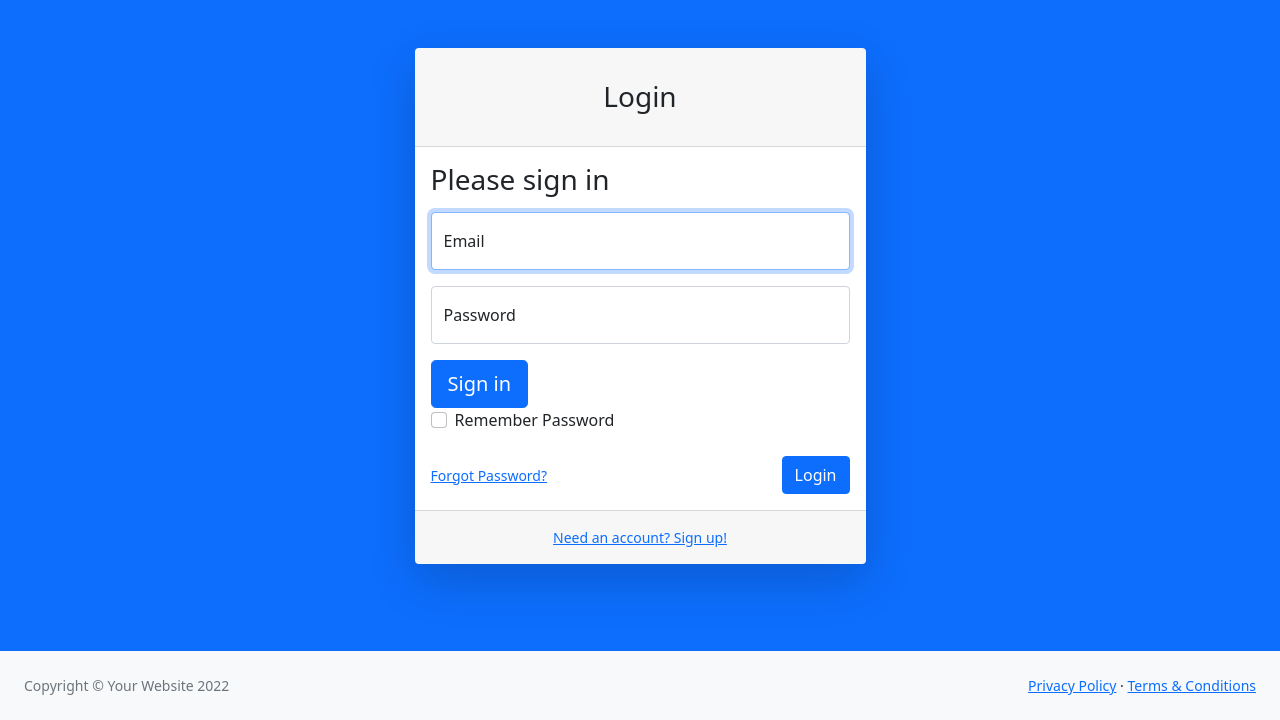
Repository: freddy1212/adulams
Page: templates/login.html.twig
The author's editor kept a copy of each file at every save. The page is drawn from the files as they stood at one save, then again after the next save.
The browser window is 1280 px wide. The pictures show the whole page.
Some web libraries are served in a nearby version. The page is a Twig template of a Symfony application; nobody is signed in and links lead nowhere. The template is opened directly, without the code that normally fills it, so the values that code supplies are empty.

Above is the page before, as saved 2022-08-29 17:57:48.

### templates/login.html.twig
<!DOCTYPE html>
<html lang="en">
    <head>
        <meta charset="utf-8" />
        <meta http-equiv="X-UA-Compatible" content="IE=edge" />
        <meta name="viewport" content="width=device-width, initial-scale=1, shrink-to-fit=no" />
        <meta name="description" content="" />
        <meta name="author" content="" />
        <title>Login - SB Admin</title>
        <link href="{{asset('assets/css/styles.css')}}" rel="stylesheet" />
        <script src="https://use.fontawesome.com/releases/v6.1.0/js/all.js" crossorigin="anonymous"></script>
    </head>
    <body class="bg-primary">
        <div id="layoutAuthentication">
            <div id="layoutAuthentication_content">
                <main>
                    <div class="container">
                        <div class="row justify-content-center">
                            <div class="col-lg-5">
                                <div class="card shadow-lg border-0 rounded-lg mt-5">
                                    <div class="card-header"><h3 class="text-center font-weight-light my-4">Login</h3></div>
                                    <div class="card-body">
                                        {% block body %}
                                            <form method="post">
                                                {% if error %}
                                                    <div class="alert alert-danger">{{ error.messageKey|trans(error.messageData, 'security') }}</div>
                                                {% endif %}

                                                {% if app.user %}
                                                    <div class="mb-3">
                                                        You are logged in as {{ app.user.userIdentifier }}, <a href="{{ path('app_logout') }}">Logout</a>
                                                    </div>
                                                {% endif %}

                                                <h1 class="h3 mb-3 font-weight-normal">
                                                    {% block pageTitle %}
                                                        Please sign in
                                                    {% endblock %}
                                                </h1>
                                                <div class="form-floating mb-3">
                                                    <label for="inputEmail">Email</label>
                                                    <input type="email" value="{{ last_username }}" name="email" id="inputEmail" class="form-control" autocomplete="email" required autofocus>
                                                </div>
                                                <div class="form-floating mb-3">
                                                    <label for="inputPassword">Password</label>
                                                    <input type="password" name="password" id="inputPassword" class="form-control" autocomplete="current-password" required>
                                                </div>


                                                <input type="hidden" name="_csrf_token"
                                                       value="{{ csrf_token('authenticate') }}"
                                                >

                                                {#
                                                    Uncomment this section and add a remember_me option below your firewall to activate remember me functionality.
                                                    See https://symfony.com/doc/current/security/remember_me.html

                                                    <div class="checkbox mb-3">
                                                        <label>
                                                            <input type="checkbox" name="_remember_me"> Remember me
                                                        </label>
                                                    </div>
                                                #}

                                                <button class="btn btn-lg btn-primary" type="submit">
                                                    Sign in
                                                </button>
                                            </form>
                                            {% endblock %}
                                        <form>


                                            <div class="form-check mb-3">
                                                <input class="form-check-input" id="inputRememberPassword" type="checkbox" value="" />
                                                <label class="form-check-label" for="inputRememberPassword">Remember Password</label>
                                            </div>
                                            <div class="d-flex align-items-center justify-content-between mt-4 mb-0">
                                                <a class="small" href="password.html">Forgot Password?</a>
                                                <a class="btn btn-primary" href="index.html">Login</a>
                                            </div>
                                        </form>
                                    </div>
                                    <div class="card-footer text-center py-3">
                                        <div class="small"><a href="register.html">Need an account? Sign up!</a></div>
                                    </div>
                                </div>
                            </div>
                        </div>
                    </div>
                </main>
            </div>
            <div id="layoutAuthentication_footer">
                <footer class="py-4 bg-light mt-auto">
                    <div class="container-fluid px-4">
                        <div class="d-flex align-items-center justify-content-between small">
                            <div class="text-muted">Copyright &copy; Your Website 2022</div>
                            <div>
                                <a href="#">Privacy Policy</a>
                                &middot;
                                <a href="#">Terms &amp; Conditions</a>
                            </div>
                        </div>
                    </div>
                </footer>
            </div>
        </div>
        <script src="https://cdn.jsdelivr.net/npm/bootstrap@5.1.3/dist/js/bootstrap.bundle.min.js" crossorigin="anonymous"></script>
        <script src="{{asset('assets/js/scripts.js')}}"></script>
    </body>
</html>

### public/assets/js/scripts.js
/*!
    * Start Bootstrap - SB Admin v7.0.5 (https://startbootstrap.com/template/sb-admin)
    * Copyright 2013-2022 Start Bootstrap
    * Licensed under MIT (https://github.com/StartBootstrap/startbootstrap-sb-admin/blob/master/LICENSE)
    */
    //
// Scripts
//

window.addEventListener('DOMContentLoaded', event => {

    // Toggle the side navigation
    const sidebarToggle = document.body.querySelector('#sidebarToggle');
    if (sidebarToggle) {
        // Uncomment Below to persist sidebar toggle between refreshes
        // if (localStorage.getItem('sb|sidebar-toggle') === 'true') {
        //     document.body.classList.toggle('sb-sidenav-toggled');
        // }
        sidebarToggle.addEventListener('click', event => {
            event.preventDefault();
            document.body.classList.toggle('sb-sidenav-toggled');
            localStorage.setItem('sb|sidebar-toggle', document.body.classList.contains('sb-sidenav-toggled'));
        });
    }

});

Loaded but not shown: public/assets/css/styles.css (library)

After the next save:
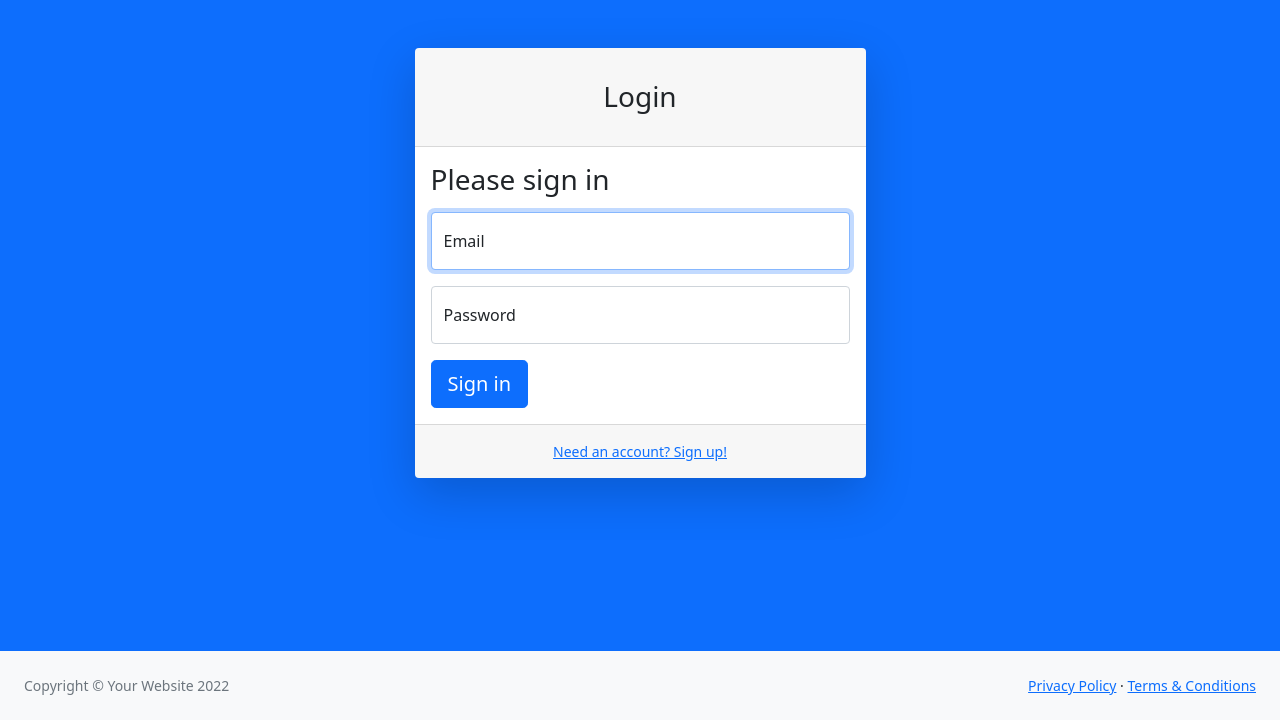
Saved 3 min 29 s later.
--- a/templates/login.html.twig
+++ b/templates/login.html.twig
@@ -67,18 +67,6 @@
                                                 </button>
                                             </form>
                                             {% endblock %}
-                                        <form>
-
-
-                                            <div class="form-check mb-3">
-                                                <input class="form-check-input" id="inputRememberPassword" type="checkbox" value="" />
-                                                <label class="form-check-label" for="inputRememberPassword">Remember Password</label>
-                                            </div>
-                                            <div class="d-flex align-items-center justify-content-between mt-4 mb-0">
-                                                <a class="small" href="password.html">Forgot Password?</a>
-                                                <a class="btn btn-primary" href="index.html">Login</a>
-                                            </div>
-                                        </form>
                                     </div>
                                     <div class="card-footer text-center py-3">
                                         <div class="small"><a href="register.html">Need an account? Sign up!</a></div>
